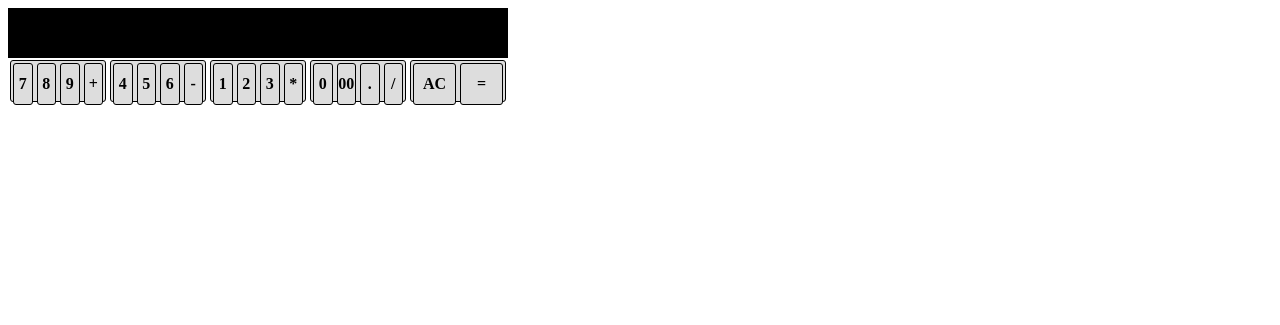
Repository: masa-rock/kadai_jquery_2
Page: index.html
The author's editor kept a record of every edit. The page is drawn from the files as they stood at one moment, then again after the next edit.
The browser window is 1280 px wide. The pictures show the whole page.
Some web libraries are served in a nearby version.

Above is the page before.

### index.html
    <!DOCTYPE html>
    <html lang="en">
      <head>
        <meta charset="utf-8">
        <script src="https://code.jquery.com/jquery-3.2.1.js" integrity="sha256-DZAnKJ/6XZ9si04Hgrsxu/8s717jcIzLy3oi35EouyE=" crossorigin="anonymous"></script>
        <link rel="stylesheet" href="style.css">
        <title>電卓</title>
      </head>

      <body>
        <div class="calculator">
          <div class="calculator_display"></div>
          <div class="calculator_command">
            <div class="calculator_command">
              <div class="com_7">7</div>
              <div class="com_8">8</div>
              <div class="com_9">9</div>
              <div class="com_addition">+</div>
            </div>
            <div class="calculator_command">
              <div class="com_4">4</div>
              <div class="com_5">5</div>
              <div class="com_6">6</div>
              <div class="com_subtraction">-</div>
            </div>
            <div class="calculator_command">
              <div class="com_1">1</div>
              <div class="com_2">2</div>
              <div class="com_3">3</div>
              <div class="com_multiply">*</div>
            </div>
            <div class="calculator_command">
              <div class="com_0">0</div>
              <div class="com_00">00</div>
              <div class="com_decimal_point">.</div>
              <div class="com_division">/</div>
            </div>
            <div class="calculator_command">
              <div class="com_ac">AC</div>
              <div class="com_equal">=</div>
            </div>
          </div>
        </div>


        <script src="main.js"></script>
      </body>
    </html>

### style.css
.calculator{
  width:500px;
}

.calculator_display{
  width:100%;
  height: 50px;
  line-height: 50px;
  font-size:24px;
  background-color: #000;
  text-align: right;
  color:#fff;
}

.calculator_command{
  display: flex;
  justify-content:space-between;
}

.calculator_command div{
  width: 100%;
  height:40px;
  line-height: 40px;
  margin:2px;
  font-weight: bold;
  background-color:#ddd;
  border:solid 1px #000;
  border-radius: 3px;
  text-align: center;

}

### main.js
$(document).ready(function(){

  let push_num = [];
  let result ="";
  let num_1 = "";
  var num_top="";


  $('.com').on('click',function(){
    push_num.push($(this).text());
    num_1 = push_num.join('');
    num_top = push_num[0];
    if (num_top == 0 || num_top == 00){
      $(".calculator_display").text(0);
    }else{
      $(".calculator_display").text(num_1);
    }
  });

  // 四則演算ボタン操作


  // ACボタン操作
  $('.com_ac').on('click',function(){
    push_num = [];
    num_1 = "";
    $(".calculator_display").text(0);
  });

  // equalボタン操作
  $('.com_equal').on('click',function() {
      result = eval(num_1);
      $(".calculator_display").text(result);
  });
});


// ○+△-□ができるようにする
// ++,*-など連続がないようにする。

After the next edit:
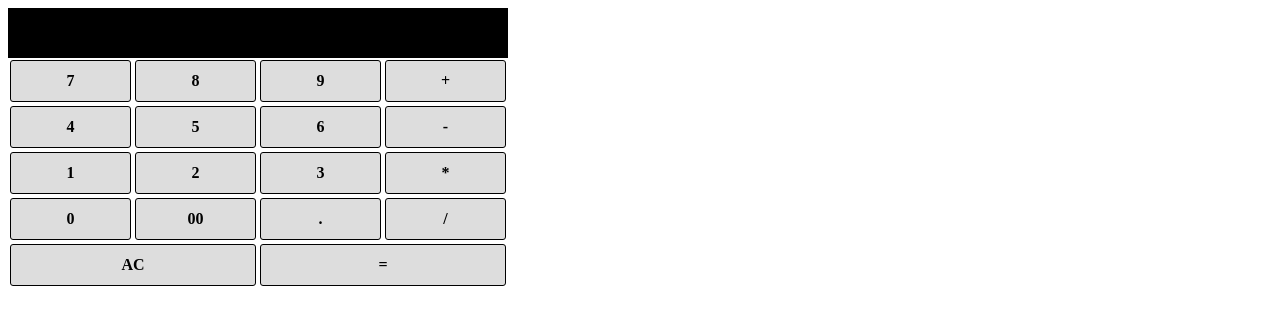
The edit:
--- a/index.html
+++ b/index.html
@@ -10,7 +10,7 @@
       <body>
         <div class="calculator">
           <div class="calculator_display"></div>
-          <div class="calculator_command">
+          <div class="calculator_commands">
             <div class="calculator_command">
               <div class="com_7">7</div>
               <div class="com_8">8</div>
